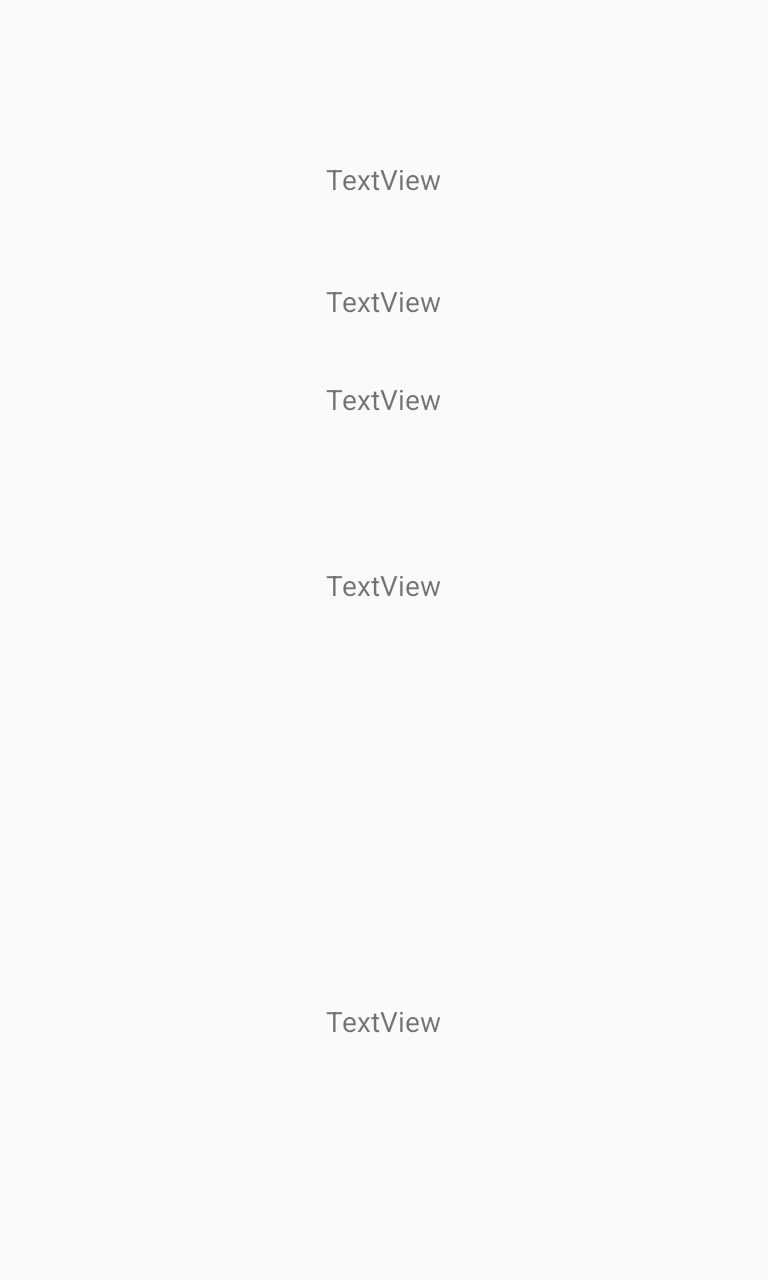
Repository: mgorski-mg/FunsCounter
Layout: FunsCounter/res/layout/content_fragment.xml
The author's editor kept a copy of each file at every save. The layout is drawn from the files as they stood at one save, then again after the next save.
It is drawn on a 768 x 1280 px phone screen (xhdpi) without system bars, with theme AppTheme; the app's code is not run.

Above is the layout before, as saved 2014-02-06 15:23:57.

After the next save:
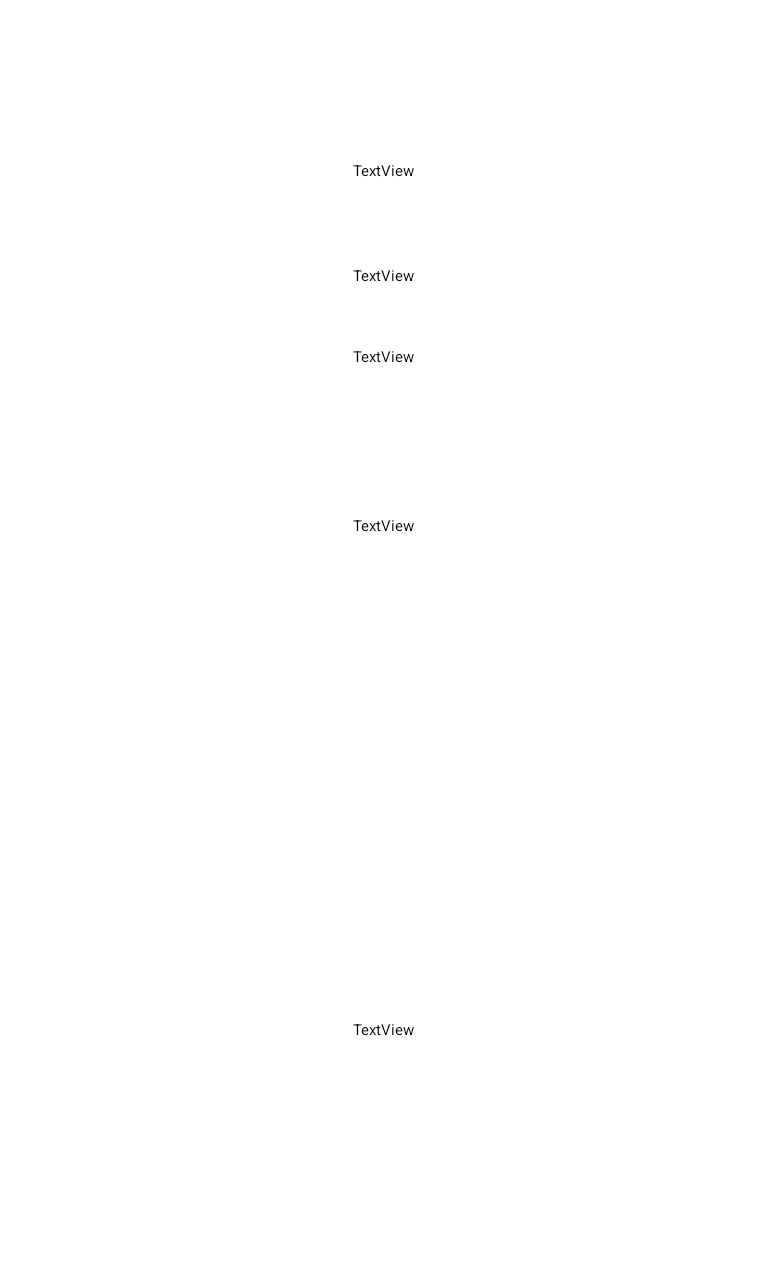
Saved 6 s later.
--- a/FunsCounter/res/values/styles.xml
+++ b/FunsCounter/res/values/styles.xml
@@ -17,6 +17,6 @@
         <!-- All customizations that are NOT specific to a particular API-level can go here. -->
     </style>
 
-    <style name="AppBaseTheme" parent="Theme.AppCompat.Light"/>
+    <style name="AppBaseTheme" parent="Theme.AppCompat."/>
 
 </resources>

After the save that followed:
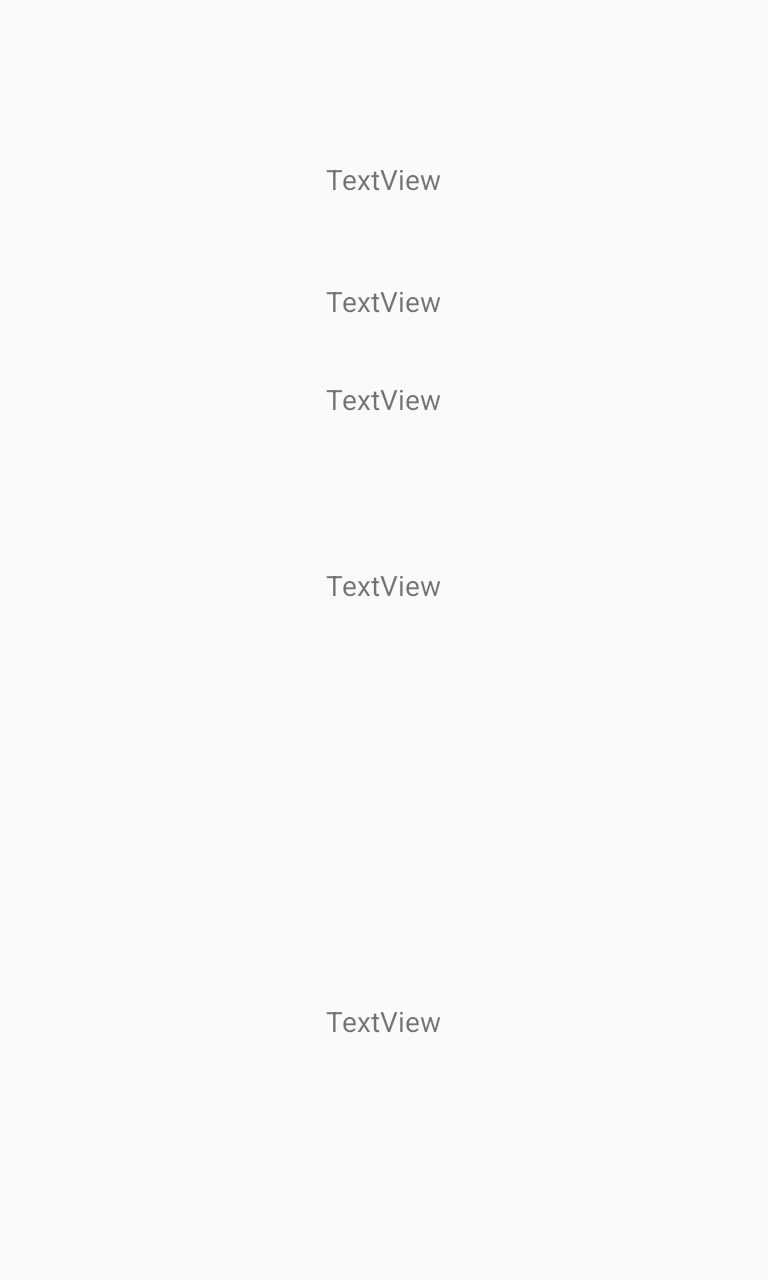
Saved 11 s later.
--- a/FunsCounter/res/values/styles.xml
+++ b/FunsCounter/res/values/styles.xml
@@ -17,6 +17,7 @@
         <!-- All customizations that are NOT specific to a particular API-level can go here. -->
     </style>
 
-    <style name="AppBaseTheme" parent="Theme.AppCompat."/>
+    <style name="AppBaseTheme" parent="Theme.AppCompat.Light">
+    </style>
 
 </resources>
